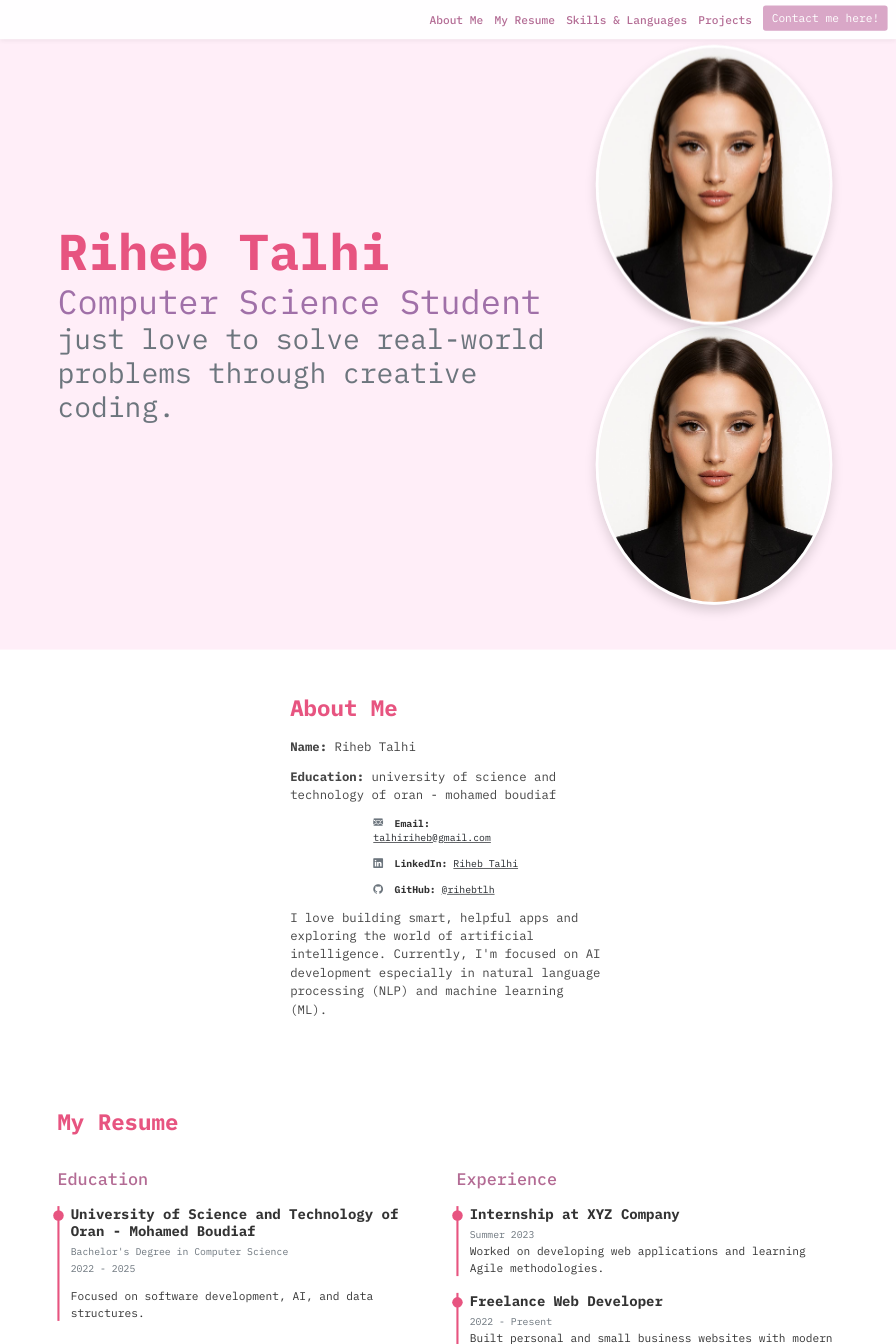
Repository: rihebtlh/portfolio
Page: new.html
An editor plug-in stored every save of this project. The page is shown before and after a run of saves, followed by the edit.
The browser window is 1280 px wide. The pictures show the part of the page from y = 0 to 1920 px (the page is 4545 px tall before and 4337 px after), at 70% of full size.

Above is the page before, as saved 2025-07-02 17:43:59.

After the next 2 saves:
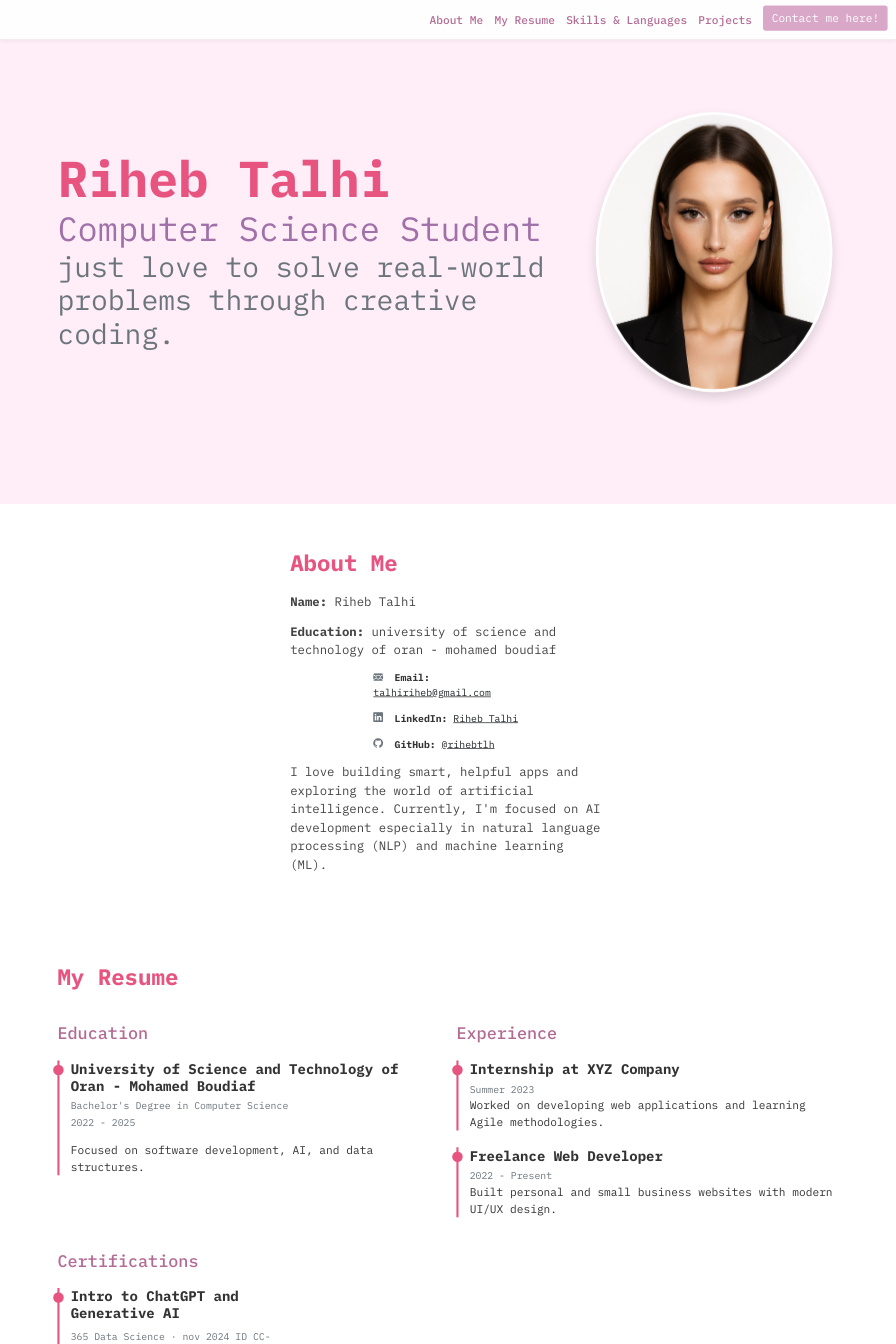
The 2 saves are shown as one change because they came seconds apart.
The last was saved 8 s later.
--- a/new.html
+++ b/new.html
@@ -171,9 +171,7 @@
             </h1>
         </div>
         <div class="col-md-4 text-center d-none d-md-block">
-            <span class="tt" data-bs-placement="bottom" title="pic"><img src="/assets/pic.jpg" alt="Your photo" class="img-fluid rounded-circle shadow floating" style="max-height: 400px;">
-            <img src="/assets/pic.jpg" alt="Your photo" class="img-fluid rounded-circle shadow" style="max-height: 400px;">
-            </span>
+            <span class="tt" data-bs-placement="bottom" title="pic"><img src="/assets/pic.jpg" alt="Your photo" class="img-fluid rounded-circle shadow floating" style="max-height: 400px;">            </span>
         </div>
         </div>
     </div>
